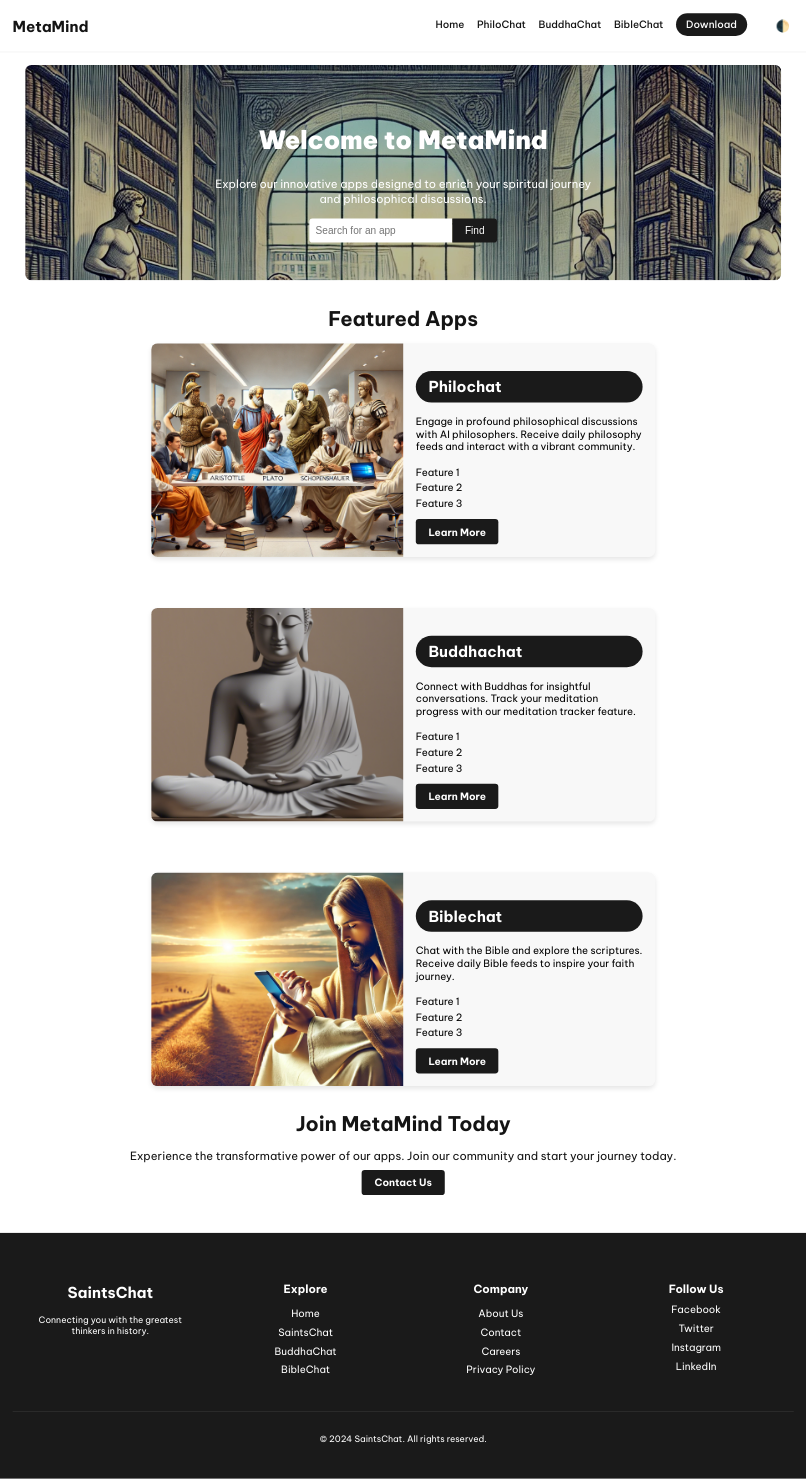
Repository: HSfac/EthosMindWeb
Page: /
An editor plug-in stored every save of this project. The page is shown before and after the next save, followed by the edit.
The browser window is 1280 px wide. The pictures show the whole page, at 63% of full size.
The project was rebuilt for these pictures with package versions that can differ from the ones it lists, and the page was loaded fresh each time. Also part of the build but not shown: src/pages/SaintsChat.css, src/pages/SaintsChat.jsx, src/pages/BuddhaChat.css, src/pages/BuddhaChat.jsx, src/pages/BibleChat.css, src/pages/BibleChat.jsx, src/pages/Download.css, src/pages/Download.jsx.

Above is the page before, as saved 2024-07-21 20:24:32.

After the next save:
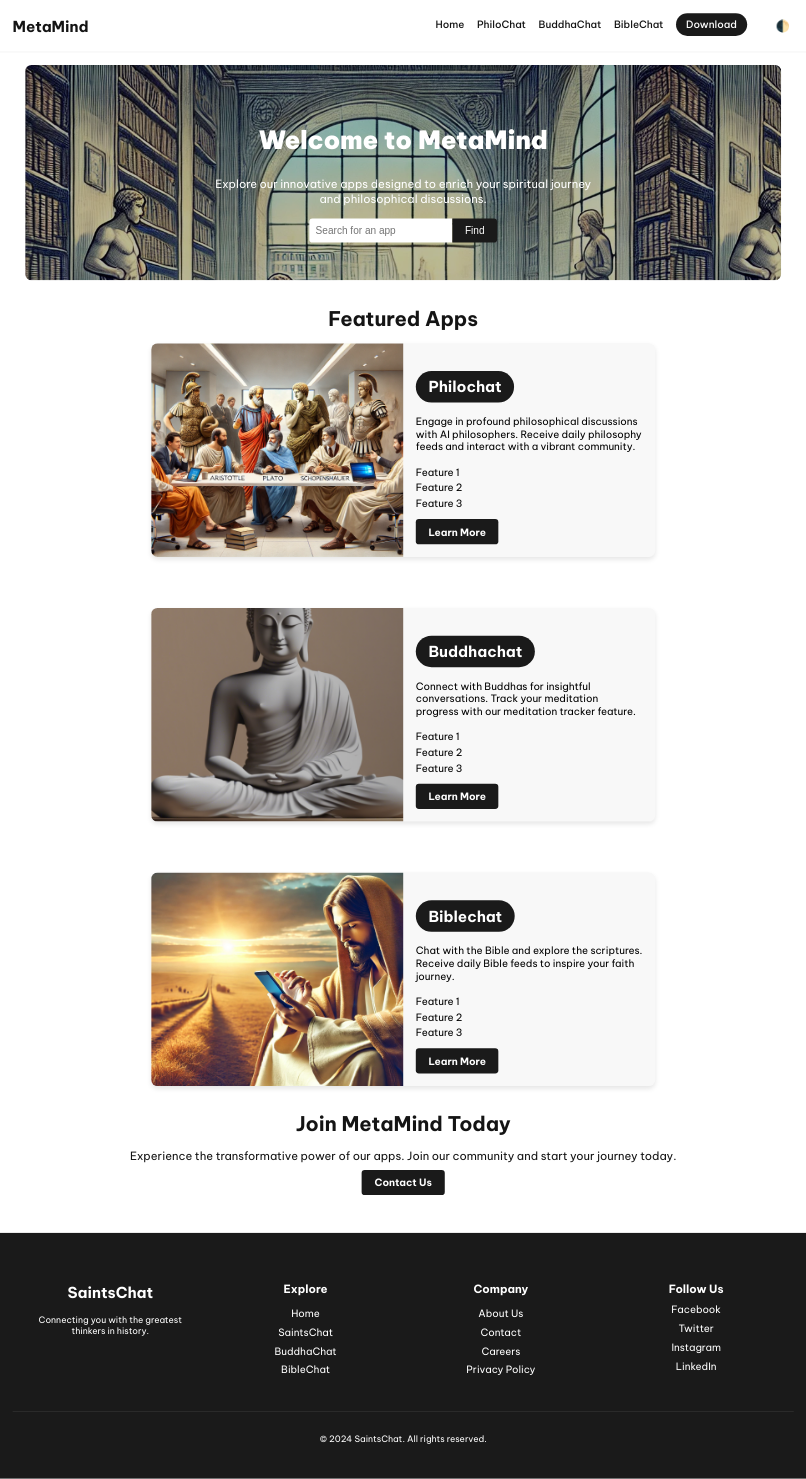
Saved 2 min 37 s later.
--- a/src/pages/Home.css
+++ b/src/pages/Home.css
@@ -127,14 +127,14 @@ body {
 .home-app-title {
   font-size: 24px;
   font-weight: bold;
-  color: var(--text-color);
-  background-color: var(--button-background-color);
-  color: var(--button-text-color);
-  padding: 10px 20px;
-  border-radius: 50px; /* 라운딩 처리 */
+  background-color: var(--button-background-color);
+  color: var(--button-text-color);
+  padding: 10px 20px;
+  border-radius: 50px;
   display: inline-block;
   margin-bottom: 10px;
-  white-space: nowrap; /* 텍스트에 맞추어 크기 조정 */
+  white-space: nowrap;
+  max-width: fit-content;
 }
 
 .home-app-description {
